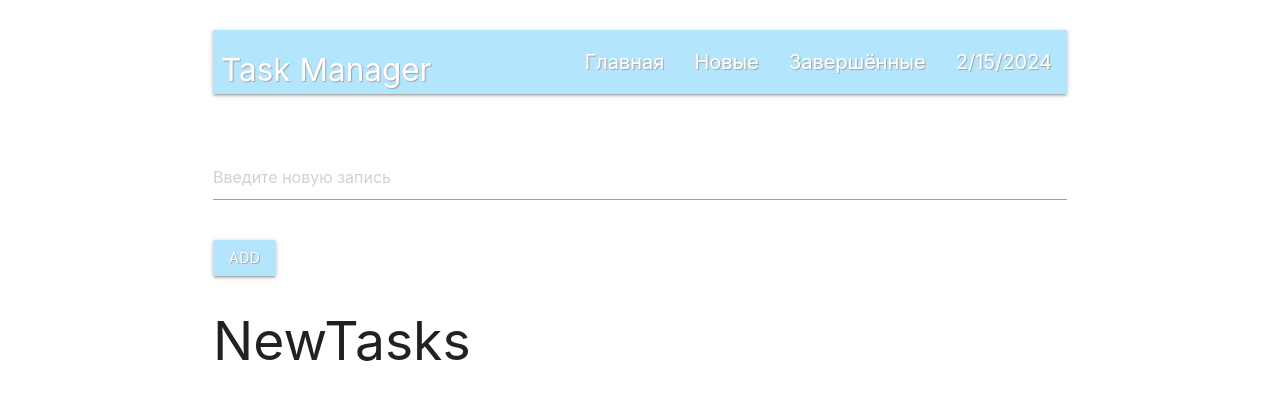
Repository: iveivs/myReactTaskManager
Page: /new
These files come from the project's save history. The page is drawn as it stood at one moment and after the next save; the edit follows.
The browser window is 1280 px wide. The pictures show the whole page.
The project was rebuilt for these pictures with package versions that can differ from the ones it lists, and the page was loaded fresh each time. Also part of the build but not shown: vite.config.js, src/components/DoneTasks.jsx, src/components/MainPage.jsx.

Above is the page before, as saved 2024-02-15 15:28:08.

### index.html
<!doctype html>
<html lang="en">
  <head>
    <meta charset="UTF-8" />
    <link rel="icon" type="image/svg+xml" href="/vite.svg" />
    <meta name="viewport" content="width=device-width, initial-scale=1.0" />
    <link rel="stylesheet" href="https://cdnjs.cloudflare.com/ajax/libs/materialize/1.0.0/css/materialize.min.css">
    <link href="https://fonts.googleapis.com/icon?family=Material+Icons" rel="stylesheet">
    <title>Task Manager</title>
  </head>
  <body>
    <div id="root"></div>
    <script type="module" src="/src/main.jsx"></script>
  </body>
</html>

### src/main.jsx
import React from 'react'
import ReactDOM from 'react-dom/client'
import { BrowserRouter } from 'react-router-dom';
import App from './App.jsx'
import './index.css'

ReactDOM.createRoot(document.getElementById('root')).render(
  <BrowserRouter>
    <App />
  </BrowserRouter>,
)

### src/App.jsx
import { useState, useEffect } from 'react'
import { Routes, Route } from 'react-router-dom'
import './App.css'
import DoneTasks from './components/DoneTasks'
import Header from './components/Header'
import MainPage from './components/MainPage'
import NewTasks from './components/NewTasks'
import { DataContext } from './components/DataContext'

function App() {
  const [input, setInput] = useState('')
  const [tasks, setTasks] = useState()


  // localStorage.setItem('tasks', JSON.stringify(tasks))
  const renderLocalStorageData = () => {
    const data = localStorage.getItem("tasks")
    console.log(data);
    if (data) {
        return JSON.parse(data);
    } else {
        return []
    }
}

useEffect(()=> {
  setTasks(renderLocalStorageData)
}, [])

  const handleChange = (event) => {
    setInput(event.target.value)
  }

  const handleClick = () => {
    let id = tasks.length > 0 ? tasks[tasks.length - 1].id + 1 : 1
    const newTask = {
      task: input,
      id: id,
      done: false
    }
    // console.log('newTask',newTask);

    setTasks([...tasks, newTask])

    localStorage.setItem('tasks', JSON.stringify(tasks))

    setInput('')
    console.log('tasks',tasks);
  }

  return (
    <>
    <DataContext.Provider value={{
      tasks,
      setTasks
    }}>
      <div className="container">
        <Header  />
        <input
          placeholder='Введите новую запись'
          className='inputMain'
          value={input}
          onChange={(e) => handleChange(e)}
          type="text" />
        <button className='btn light-blue lighten-4' onClick={handleClick}>ADD</button>
        <Routes>
          <Route index element={<MainPage />} />
          <Route path="/new" element={<NewTasks />} />
          <Route path="/done" element={<DoneTasks  />} />
        </Routes>

        {/* { input && <h4>{input}</h4> } */}
        {/* { tasks && (
          tasks.map(e => <p key={e}>task: {e}</p>)
        )} */}
      </div>
      </DataContext.Provider>
    </>
  )
}

export default App

### src/index.css

.nav-wrapper {
    padding-left: 8px;
    text-shadow: 1px 1px 1px #a3a3a3;
    /* display: flex ;
    flex-direction: row;
    justify-content: space-between;
    align-items: center; */
}
.nav-wrapper ul li {
    font-size: 24px !important;
}
.listItem{
    font-size: 18px !important;
}
.btn {
    text-shadow: 1px 1px 1px #a3a3a3;

}
.inputMain {
    margin-bottom: 40px !important ;
}
nav {
    margin-bottom: 60px;
}
.textTitle {
    color: #616161;
}
/* nav {
    background-color: #b3e5fc
} */

### src/App.css
#root {
  max-width: 1280px;
  margin: 0 auto;
  padding: 2rem;

}

### src/components/Header.jsx
import { Link } from "react-router-dom";
import DateElement from "./DateElement";

export default function Header() {
    return (
        <nav className="light-blue lighten-4">
            <div className="nav-wrapper">
                <h4 className="brand-logo">
                    Task Manager
                </h4>
                {/* <* id="nav-mobile" className="right hide-on-med-and-down"> */}
                <ul className="right">
                    <li className="listItem" >
                        <Link style={{fontSize: '20px'}} to="/">Главная</Link>
                    </li>
                    <li>
                        <Link style={{fontSize: '20px'}} to="/new">Новые</Link>
                    </li>
                    <li>
                        <Link style={{fontSize: '20px'}} to="/done">Завершённые</Link>
                    </li>
                    <li >
                        <Link style={{fontSize: '20px'}}> {<DateElement  />}</Link>
                    </li>

                </ul>

            </div>
        </nav>
    );
}

// export default function Header() {
//     document.addEventListener('DOMContentLoaded', function() {
//         const elems = document.querySelectorAll('.sidenav');
//         var instances = M.Sidenav.init(elems, options);
//     });

//     return (
//         <>
//             <nav>
//                 <div className="nav-wrapper">
//                     <a href="#!" className="brand-logo">Logo</a>
//                     <a href="#" data-target="mobile-demo" className="sidenav-trigger"><i className="material-icons">menu</i></a>
//                     <ul className="right hide-on-med-and-down">
//                         <li>
//                             <Link to="/">Главная</Link>
//                         </li>
//                         <li>
//                             <Link to="/new">Новые</Link>
//                         </li>
//                         <li>
//                             <Link to="/done">Завершённые</Link>
//                         </li>
//                         <li>
//                             <DateElement  />
//                         </li>
//                     </ul>
//                 </div>
//             </nav>

//             <ul className="sidenav" id="mobile-demo">
//                 <li>Sass</li>
//                 <li><a href="badges.html">Components</a></li>
//                 <li><a href="collapsible.html">Javascript</a></li>
//                 <li><a href="mobile.html">Mobile</a></li>
//             </ul>
//         </>

//     );
// }

### src/components/NewTasks.jsx
import { DataContext } from "./DataContext"
import { useContext } from "react"

export default function NewTasks () {
    const { tasks } = useContext(DataContext)
    // console.log('tasks', tasks);
    return (
        <div>
            <h2>NewTasks</h2>
        </div>
    )
}

### src/components/DataContext.js
import { createContext } from "react"
const initialState = {
    tasks: [],
    loading: false,
    setTasks: () => {
    }
}

export const DataContext = createContext(initialState)

### src/components/DateElement.jsx
import { useEffect, useState } from "react"

export default function DateElement () {
    const [now, setNow] = useState(new Date())

    useEffect
    return (
        <>

            {/* <p>{now.toLocaleDateString()}</p> */}
            {now.toLocaleDateString()}

        </>
    )
}

After the next save:
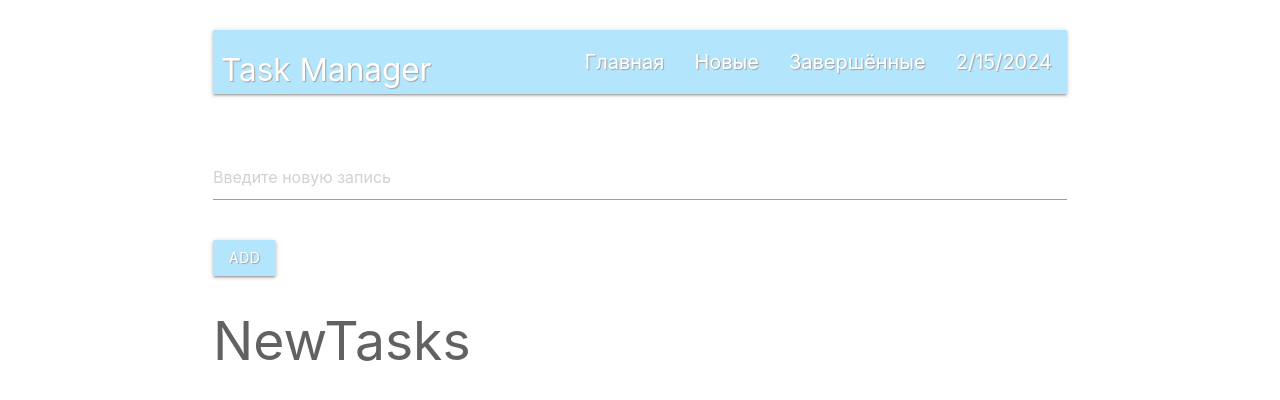
Saved 97 s later.
--- a/src/components/NewTasks.jsx
+++ b/src/components/NewTasks.jsx
@@ -6,7 +6,7 @@ export default function NewTasks () {
     // console.log('tasks', tasks);
     return (
         <div>
-            <h2>NewTasks</h2>
+            <h2 className="textTitle">NewTasks</h2>
         </div>
     )
 }
